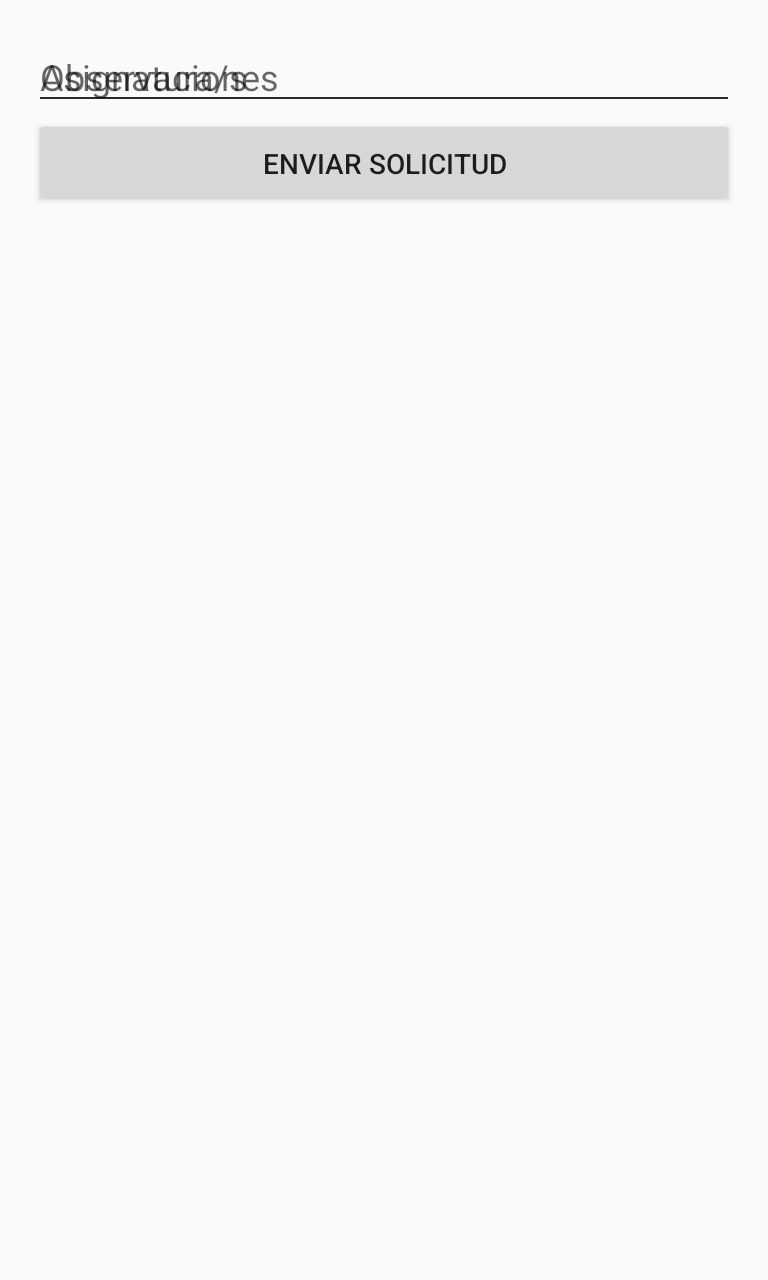
Repository: juanpablobono/Sysacadalumnos
Layout: Sysacad/res/layout/activity_tramite_mesa_examen.xml
The author's editor kept a copy of each file at every save. The layout is drawn from the files as they stood at one save, then again after the next save.
It is drawn on a 768 x 1280 px phone screen (xhdpi) without system bars, with theme temaSysacad; the app's code is not run.

Above is the layout before, as saved 2014-07-01 21:10:48.

After the next save:
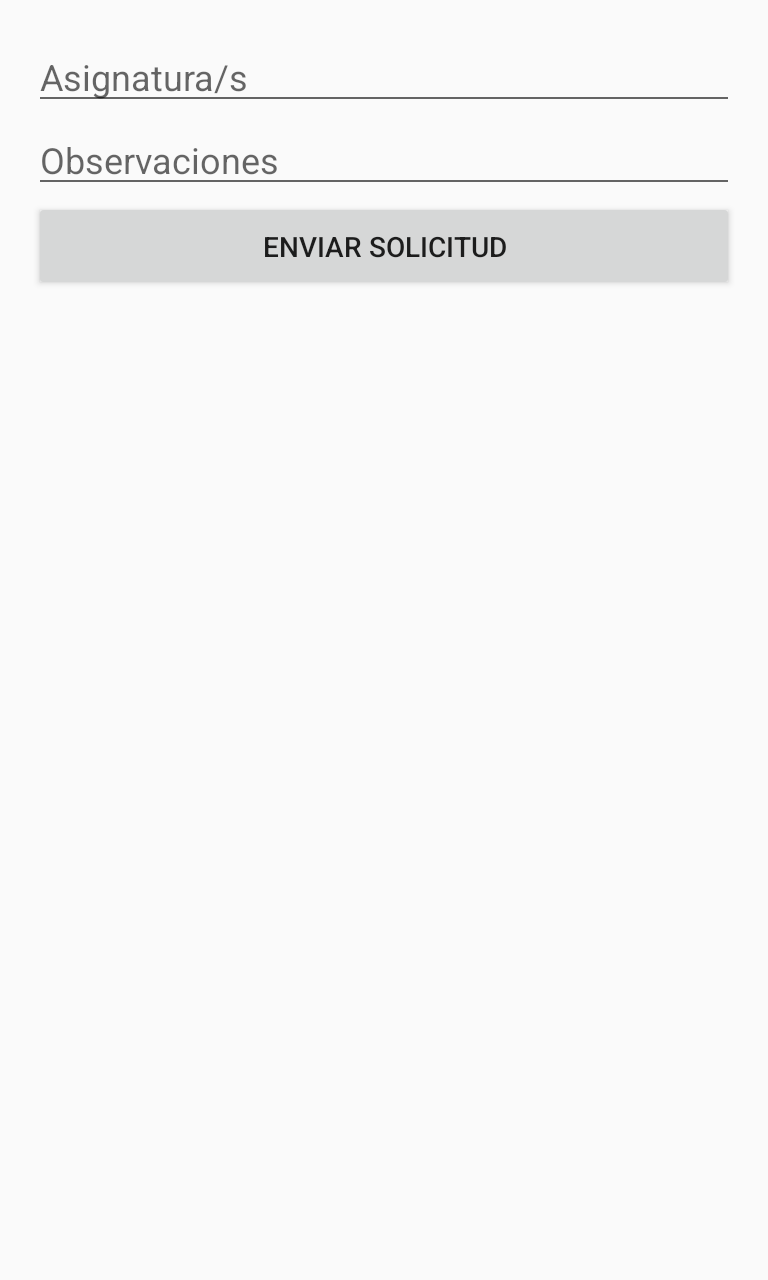
Saved 52 s later.
--- a/Sysacad/res/layout/activity_tramite_mesa_examen.xml
+++ b/Sysacad/res/layout/activity_tramite_mesa_examen.xml
@@ -23,7 +23,7 @@
                 android:layout_width="fill_parent"
                 android:layout_height="wrap_content"
                 android:layout_weight="1"
-                android:layout_below="@+id/textPlan"
+                android:layout_alignParentTop="true"
                 android:ems="10"
                 android:imeOptions="actionNext"
                 android:hint="@string/asignatura" />
@@ -33,7 +33,7 @@
                 android:layout_width="fill_parent"
                 android:layout_height="wrap_content"
                 android:layout_weight="3"
-                android:layout_below="@+id/textEmail"
+                android:layout_below="@+id/textAsignaturas"
                 android:ems="10"
                 android:hint="@string/observaciones" />
 
